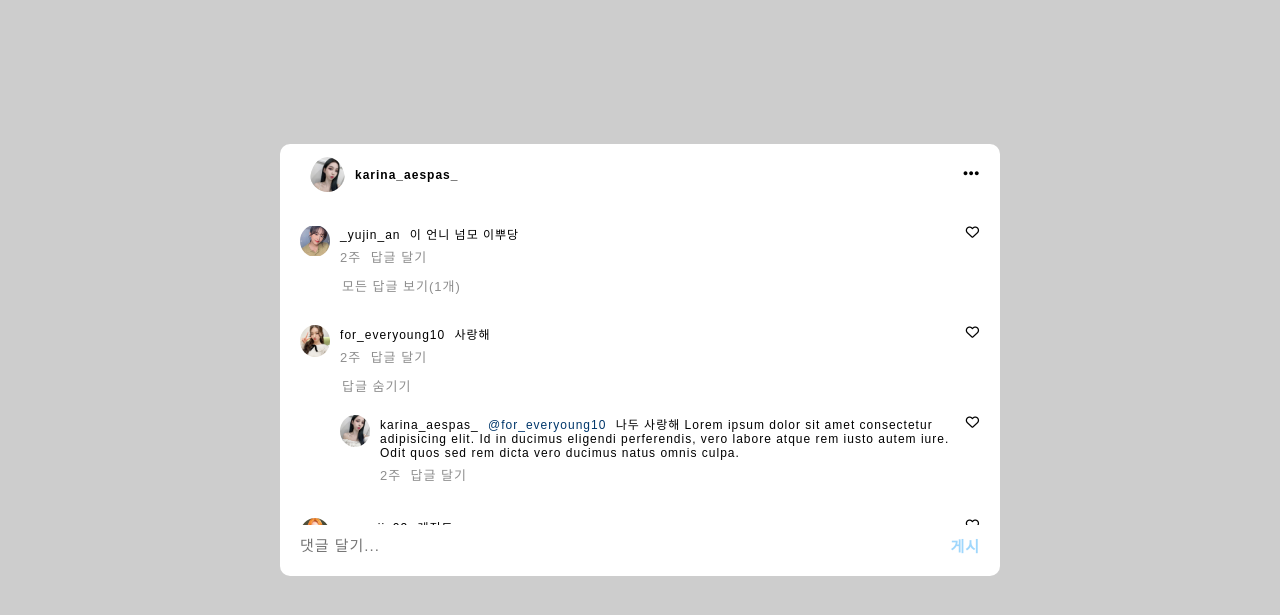
Repository: SNSFiestaTeam/Fiesta
Page: Fiesta/src/main/webapp/html/action/comment.html
An editor plug-in stored every save of this project. The page is shown before and after the next save, followed by the edit.
The browser window is 1280 px wide. The pictures show the whole page.
Some web fonts or font styles are not loaded; a fallback is used. Some web libraries are served in a nearby version.

Above is the page before, as saved 2022-11-28 17:27:36.

After the next save:
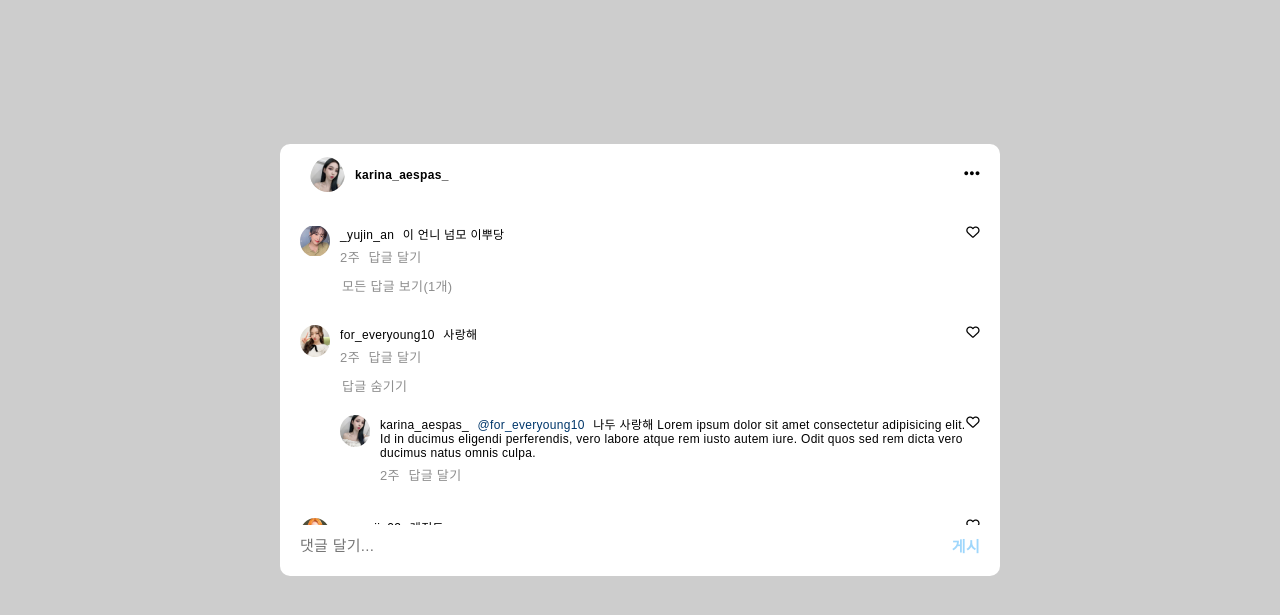
Saved 8 s later.
--- a/Fiesta/src/main/webapp/resources/css/common-style.css
+++ b/Fiesta/src/main/webapp/resources/css/common-style.css
@@ -15,7 +15,7 @@
   /* font-family: 'Noto Sans KR', sans-serif; */
   /* font-family: 'Nanum Gothic', sans-serif; */
   font-family: 'IBM Plex Sans KR', sans-serif;
-  letter-spacing: 1px;
+  letter-spacing: 0.3px;
 }
 
 a {
